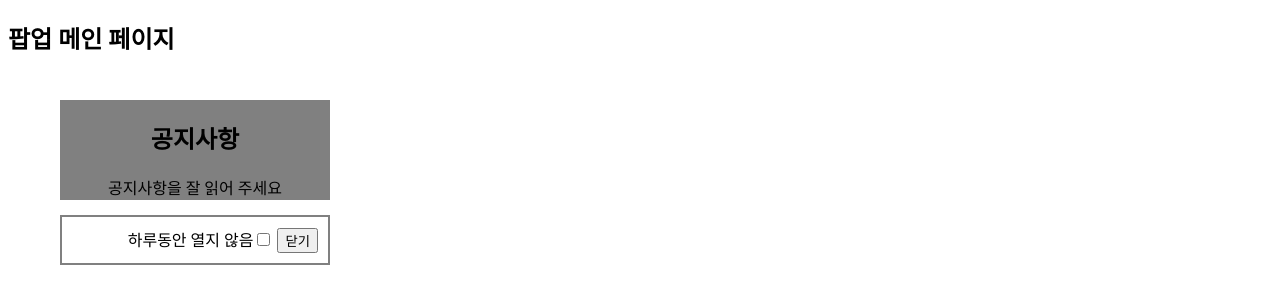
Repository: AHJ2616/Java
Page: http://localhost/board-jsp/04Cookie/PopUpMain_v0.1.jsp
The author's editor kept a copy of each file at every save. The page is drawn from the files as they stood at one save, then again after the next save.
The browser window is 1280 px wide. The pictures show the whole page.
The page is served by Tomcat 9.

Above is the page before, as saved 2024-07-24 02:43:40.

After the next save:
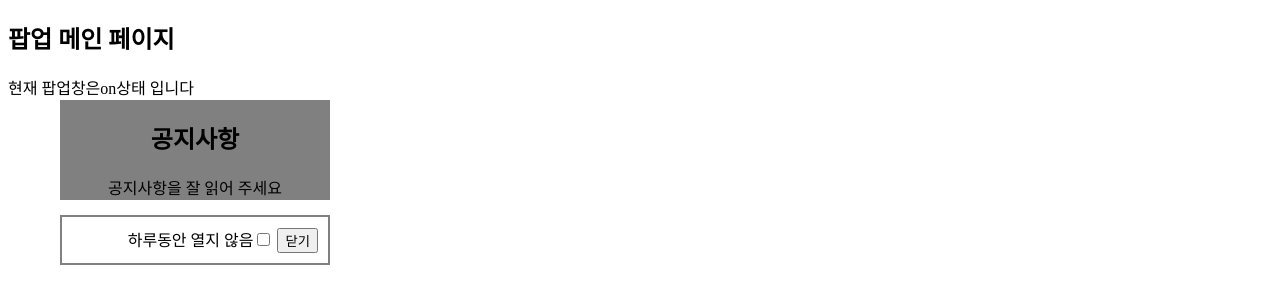
Saved 2 min 13 s later.
--- a/jsp_workspace/board-jsp/src/main/webapp/04Cookie/PopUpMain_v0.1.jsp
+++ b/jsp_workspace/board-jsp/src/main/webapp/04Cookie/PopUpMain_v0.1.jsp
@@ -39,6 +39,11 @@ $(function() { //jQuery의 기본 프레임
 
 <h2>팝업 메인 페이지</h2>
 
+<%
+out.print("현재 팝업창은"+popupCookie+"상태 입니다");
+if(popupCookie.equals("on")){
+%>
+
 <div id="popUp">
 <!-- name대신 id를 사용할 수 있다. id는 해당페이지에서 unique값이다. -->
 <!-- class로도 지정가능하다. .Clss명으로 호출 가능하다. -->
@@ -55,6 +60,6 @@ $(function() { //jQuery의 기본 프레임
 	</div>
 
 </div>
-
+<% } %>
 </body>
 </html>
